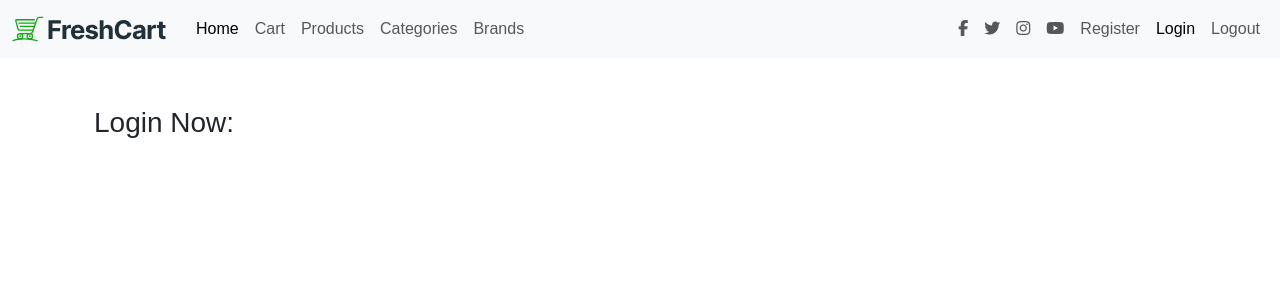
Repository: YomnaWegdan/freshCart
Page: /login
The author's editor kept a copy of each file at every save. The page is drawn from the files as they stood at one save, then again after a run of saves.
The browser window is 1280 px wide. The pictures show the whole page.
The project was rebuilt for these pictures with package versions that can differ from the ones it lists, and the page was loaded fresh each time. Also part of the build but not shown: src/App.css, src/Components/Layout/Layout.module.css, src/Components/Home/Home.jsx, src/Components/Cart/Cart.jsx, src/Components/Products/Products.jsx, src/Components/Brands/Brands.jsx, src/Components/Categories/Categories.jsx, src/Components/Register/Register.jsx and 1 more.

Above is the page before, as saved 2024-02-08 20:02:35.

### src/index.js
import React from 'react';
import ReactDOM from 'react-dom/client';
import 'bootstrap/dist/css/bootstrap.min.css';
import 'bootstrap/dist/js/bootstrap.bundle.min.js';
import '@fortawesome/fontawesome-free/css/all.min.css'
import './index.css';
import App from './App.jsx';
import reportWebVitals from './reportWebVitals';

const root = ReactDOM.createRoot(document.getElementById('root'));
root.render(
    <App />
);

// If you want to start measuring performance in your app, pass a function
// to log results (for example: reportWebVitals(console.log))
// or send to an analytics endpoint. Learn more: https://bit.ly/CRA-vitals
reportWebVitals();

### src/index.css
body {
  margin: 0;
  font-family: -apple-system, BlinkMacSystemFont, 'Segoe UI', 'Roboto', 'Oxygen',
    'Ubuntu', 'Cantarell', 'Fira Sans', 'Droid Sans', 'Helvetica Neue',
    sans-serif;
  -webkit-font-smoothing: antialiased;
  -moz-osx-font-smoothing: grayscale;
}

code {
  font-family: source-code-pro, Menlo, Monaco, Consolas, 'Courier New',
    monospace;
}

/* You can add global styles to this file, and also import other style files */
@import url('https://fonts.googleapis.com/css2?family=Encode+Sans+Expanded:wght@300&display=swap');
:root
{
    --main-color:#0aad0a;
    --light-color:#f0f3f2;
    --shadow: rgba(145,158,171,.2) 0px 2px 4px -1px,rgba(145,158,171,.14) 0px 4px 5px 0px,rgba(145,158,171,.12) 0px 1px 10px 0px;
    --font-family:'Encode Sans Expanded', sans-serif;
    --rating-color:#ffc908;
}

body{
    font-family: var(--font-family) !important;
}
.rating-color
{
    color: var(--rating-color);
}
.cursor-pointer
{
    cursor: pointer;
}
a , a:hover{
    color: black;
    text-decoration: none;
}
.product:hover
{
    box-shadow: var(--shadow);
    border: solid 1px var(--main-color);
}
.product .btn
{
    transition: transform 1s , opacity 1s;
    transform: translateY(100%);
    opacity: 0;
}
.product:hover .btn
{
    opacity: 1;
    transform: translateY(0%);

}
.font-sm
{
    font-size: 14px;
}
.text-main
{
    color: var(--main-color);
}
.bg-main
{
    background-color: var(--main-color) !important;
}
.bg-main-light
{
    background-color: var(--light-color) !important;
}
.form-control:focus {
    border-color: #ddd;
    outline: 0;
    box-shadow: none;
}

### src/App.jsx
import './App.css';
import { RouterProvider, createBrowserRouter } from 'react-router-dom';
import Layout from './Components/Layout/Layout';
import Home from './Components/Home/Home';
import Cart from './Components/Cart/Cart';
import Products from './Components/Products/Products';
import Brands from './Components/Brands/Brands';
import Categories from './Components/Categories/Categories';
import Register from './Components/Register/Register';
import Login from './Components/Login/Login';
import NotFound from './Components/NotFound/NotFound';


function App() {
  const routs = createBrowserRouter([
    {path:'' , element:<Layout/> , children:[
      {index:true , element:<Home/>},
      {path:'/cart', element:<Cart/>},
      {path:'/products', element:<Products/>},
      {path:'/brands', element:<Brands/>},
      {path:'/categories', element:<Categories/>},
      {path:'/register', element:<Register/>},
      {path:'/login', element:<Login/>},
      {path:'*', element:<NotFound/>},
    ]}
  ])
  return (
    <div className="App">
      <RouterProvider router={routs}/>
    </div>
  );
}

export default App;

### src/Components/Layout/Layout.jsx
import React, { Fragment } from 'react'
import style from './Layout.module.css'
import Navbar from '../Navbar/Navbar'
import Footer from '../Footer/Footer'

import { Outlet } from 'react-router-dom'
export default function Layout() {
  return (
    <Fragment>
      <Navbar/>
      <div className="container">
        <Outlet/>
      </div>
      <Footer/>
    </Fragment>
  )
}

### src/Components/Login/Login.jsx
import { useFormik } from 'formik'
import React, { Fragment } from 'react'
import * as Yup from 'yup'

export default function Login() {
  let validationSchema = Yup.object({
    email:Yup.string().required('Email is required').email('Email is Valid'),
    password:Yup.string().required('Password is required').matches(/[A-Z][\w @]{5,9}/ , "invalid password ex(Ali@123)")

  })

  let formik = useFormik({
    initialValues:{
    email:'',
    password:''
  },validationSchema,
  onSubmit: loginValidation} )

  function loginValidation(){

  }



  return (
    <Fragment>
    <section className="register py-5  ">
      <div className="container h-100">
        <div className="row g-5 h-100 align-items-center  align-content-center">
          <div className=" col-md-12">
            <h3>Login Now:</h3>
            <form onSubmit={formik.handleSubmit}>

            </form>
          </div>
        </div>
      </div>
    </section>
    </Fragment>
  )
}

### src/Components/Navbar/Navbar.jsx
import React, { Fragment } from 'react'
import { Link, NavLink } from 'react-router-dom'
import logo from '../../Assets/images/freshcart-logo.svg'
export default function Navbar() {
  return (
    <Fragment>
    <nav className="navbar navbar-expand-lg navbar-light bg-light">
    <div className="container-fluid">
      <Link className="navbar-brand" href="/"><img src={logo} alt='logo-img'/></Link>
      <button className="navbar-toggler" type="button" data-bs-toggle="collapse" data-bs-target="#navbarSupportedContent" aria-controls="navbarSupportedContent" aria-expanded="false" aria-label="Toggle navigation">
        <span className="navbar-toggler-icon"></span>
      </button>
      <div className="collapse navbar-collapse" id="navbarSupportedContent">
        <ul className="navbar-nav me-auto mb-2 mb-lg-0">
          <li className="nav-item">
            <NavLink className="nav-link active" aria-current="page" to={'/'}>Home</NavLink>
          </li>
          <li className="nav-item">
            <NavLink className="nav-link "  to={'/cart'}>Cart</NavLink>
          </li>
          <li className="nav-item">
            <NavLink className="nav-link "  to={'/products'}>Products</NavLink>
          </li>
          <li className="nav-item">
            <NavLink className="nav-link "  to={'/categories'}>Categories</NavLink>
          </li>
          <li className="nav-item">
          <NavLink className="nav-link "  to={'/brands'}>Brands</NavLink>
        </li>
          </ul>

          <ul className="navbar-nav ms-auto mb-2 mb-lg-0">
          <li className="nav-item d-flex">
            <NavLink className="nav-link " to={'https://www.facebook.com/'}><i className=' fa fa-brands fa-facebook-f'></i></NavLink>
            <NavLink className="nav-link " to={'https://www.twitter.com/'}><i className=' fa fa-brands fa-twitter'></i></NavLink>
            <NavLink className="nav-link " to={'https://www.instagram.com/'}><i className=' fa fa-brands fa-instagram'></i></NavLink>
            <NavLink className="nav-link " to={'https://www.youtube.com/'}><i className=' fa fa-brands fa-youtube'></i></NavLink>
          </li>
          <li className="nav-item">
          <NavLink className="nav-link "  to={'/register'}>Register</NavLink>
        </li>
          <li className="nav-item">
            <NavLink className="nav-link "  to={'/login'}>Login</NavLink>
          </li>
          <li className="nav-item">
          <span className="nav-link  cursor-pointer " >Logout</span>
        </li>
          </ul>
      </div>
    </div>
  </nav>
    </Fragment>
  )
}

Loaded but not shown: public/index.html (common file); src/reportWebVitals.js (common file); src/Components/Footer/Footer.jsx (common file)

After the next 8 saves:
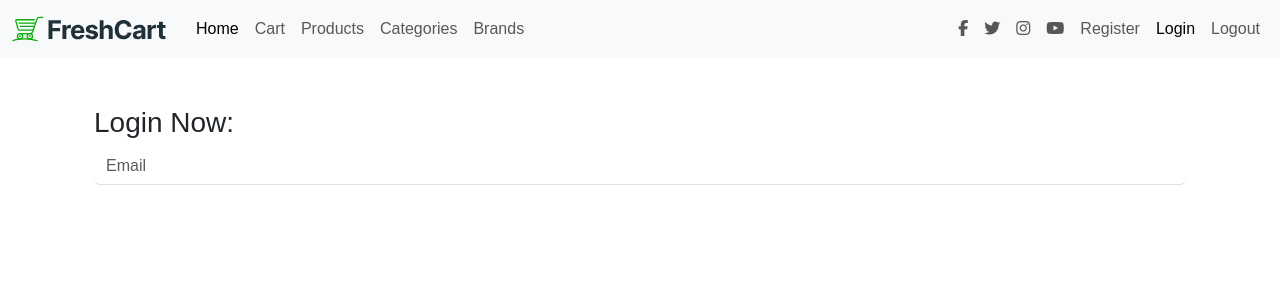
The 8 saves are shown as one change because they came seconds apart.
The last was saved 36 s later.
--- a/src/Components/Login/Login.jsx
+++ b/src/Components/Login/Login.jsx
@@ -30,7 +30,13 @@ export default function Login() {
           <div className=" col-md-12">
             <h3>Login Now:</h3>
             <form onSubmit={formik.handleSubmit}>
-
+            <input
+                  className=" form-control border-top-0 border-start-0 border-end-0  border-bottom-3 "
+                  placeholder="Email"
+                  name="email"
+                  type="email"
+                  onChange={formik.h}
+                  />
             </form>
           </div>
         </div>
